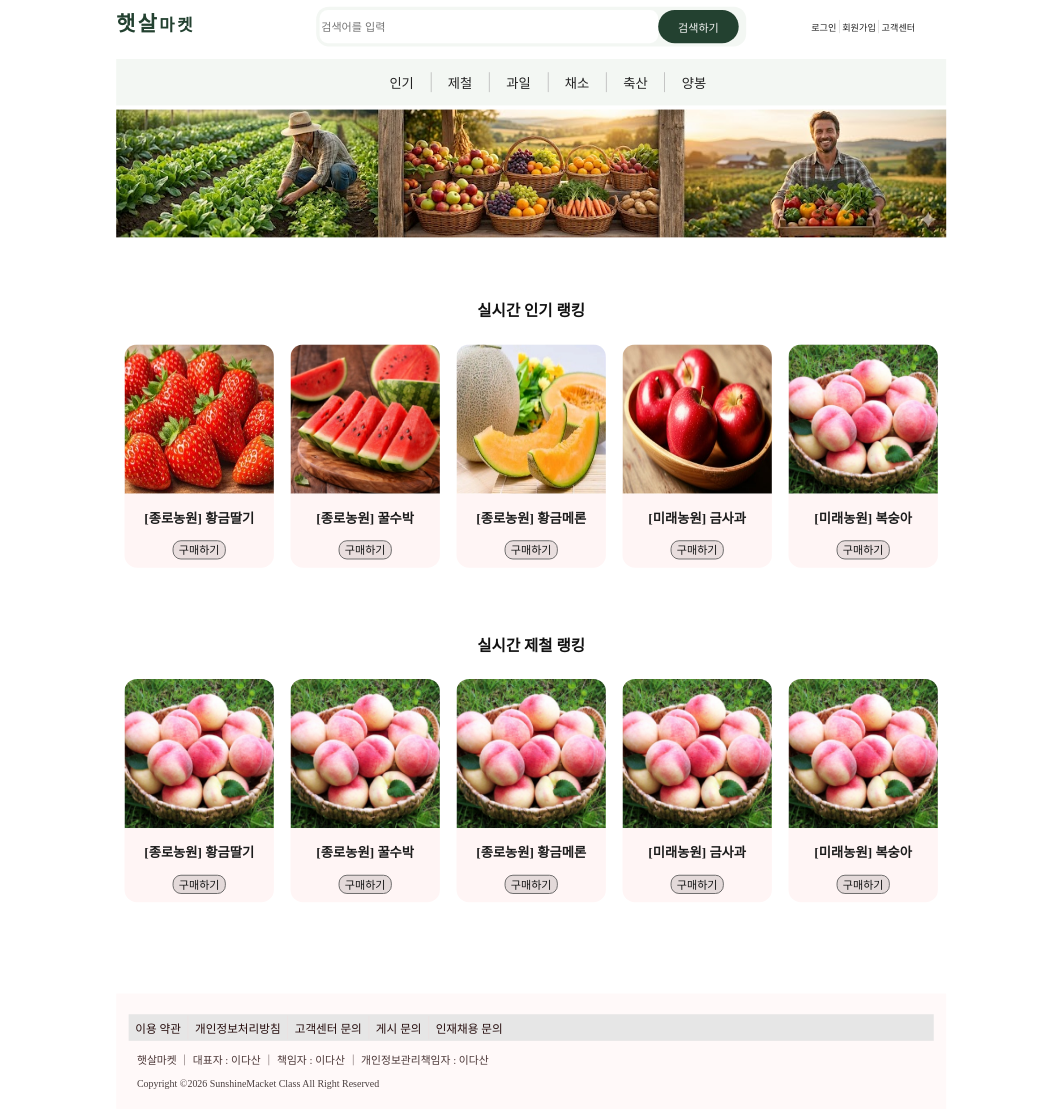
Repository: ham-zi/front-practice
Page: http://localhost/marketfresh/
An editor plug-in stored every save of this project. The page is shown before and after the next save, followed by the edit.
The browser window is 1280 px wide. The pictures show the whole page, at 83% of full size.
The page is served by Tomcat 9. Nobody is signed in. The application's start-up code is not run. Other server files are loaded and not shown.

Above is the page before, as saved 2026-05-08 00:27:58.

### MINI_WEB-workspace/marketfresh/src/main/webapp/index.jsp
<%@ page language="java" contentType="text/html; charset=UTF-8"
    pageEncoding="UTF-8"%>
<%@ taglib prefix="c" uri="http://java.sun.com/jsp/jstl/core" %>

<!DOCTYPE html>
<html lang="en">
<head>
    <meta charset="UTF-8">
    <meta name="viewport" content="width=, initial-scale=1.0">
    <title>화면 구조 잡기</title>

    <style>
        #wrap, header, nav, main, footer {
            box-sizing: border-box;


        }
        #wrap{
            width : 1000px;
            height :1200px;
;
            margin : auto;
            display : flex;
            flex-direction: column;
        }

        header {
            flex : 1.5;
            display : flex;
            margin-bottom: 15px;
        }
        nav {
            flex : 0.5;
        }
        main {
            flex : 12;
            display : flex;
            flex-direction: column;
        }

        main > div {
        }

        footer {
            flex : 2;
        }

        #header_1{
            flex : 2;
            align-items: center;
    		justify-content: center;
        }

        #header_2{
            flex : 6;
        }
        #header_3{
            flex : 2;
        }

        #content_1{
            flex : 2;
        }

        #content_2{
            flex : 2;
        }

        #content_3{
            flex : 2;
        }
    </style>

    <link rel="stylesheet" href="/market/resources/css/footer.css">
    <link rel="stylesheet" href="/market/resources/css/searchform.css">
    <link rel="stylesheet" href="/market/resources/css/logo.css">
    <link rel="stylesheet" href="/market/resources/css/headerutil.css">
    <link rel="stylesheet" href="/market/resources/css/navbar.css">
    <link rel="stylesheet" href="/market/resources/css/content1.css">
    <link rel="styleSheet" href="/market/resources/css/main2.css">
    <link rel="styleSheet" href="/market/resources/css/main3.css">


</head>
<body>

    <div id="wrap">
        <header>
            <div id="header_1">
            	<div>
                	<a href="#" id="logo_1">햇살<span id="logo_2">마켓</span></a>
            	</div>
            </div>

            <div id="header_2">
                <form action="search" method="get" id="search_form">
                    <div id="search_text">
                        <input type="text" name="query" placeholder="검색어를 입력">
                    </div>
                    <div id="search_btn">
                        <button>검색하기</button>
                    </div>
                </form>
            </div>

            <div id="header_3">
                <div id="util">

                	<c:choose>
					    <c:when test="${empty userInfo}">
		                	<form method="post" action="http://www.localhost:8088/market/login_page.do">
		                    	<button type="submit">로그인</button>
		                	</form>
		                	<form method="post" action="http://www.localhost:8088/market/enroll.do">
		                    	<button type="submit">회원가입</button>
	           			    </form>
					    </c:when>
	           			<c:otherwise>
		                	<form method="post" action="">
		                    	<button type="submit">로그아웃</button>
		                	</form>
		                	<form method="post" action="">
		                    	<button type="submit">장바구니</button>
		                	</form>
	           			</c:otherwise>
                	</c:choose>
                	<form method="" action="">
                    	<button type="submit">고객센터</button>
                	</form>


                </div>
            </div>
        </header>

        <nav>
            <ul id="navbar">
                <li><a href="#">인기</a></li>
                <li><a href="#">제철</a></li>
                <li><a href="#">과일</a></li>
                <li><a href="#">채소</a></li>
                <li><a href="#">축산</a></li>
                <li><a href="#">양봉</a></li>
            </ul>
        </nav>

        <main>
            <div id="content_1">
                <img src="/market/resources/image_upfiles/main.jpg" alt="농산물 이미지">
            </div>
                    <h3 id="content2_title">실시간 인기 랭킹</h3>
            <div id="content_2">
                <div>
                    <img src="/market/resources/image_upfiles/strawberry.jpg" alt="딸기이미지">
                    <div>
                        <p>[종로농원] 황금딸기</p>
                        <button>구매하기</button>
                    </div>
                </div>
                <div>
                    <img src="/market/resources/image_upfiles/watermelon.jpg" alt="">
                    <div>
                        <p>[종로농원] 꿀수박</p>
                        <button>구매하기</button>
                    </div>
                </div>
                <div>
                    <img src="/market/resources/image_upfiles/melon.jpg" alt="">
                    <div>
                        <p>[종로농원] 황금메론</p>
                        <button>구매하기</button>
                    </div>
                </div>
                <div>
                    <img src="/market/resources/image_upfiles/apple.jpg" alt="">
                    <div>
                        <p>[미래농원] 금사과</p>
                        <button>구매하기</button>
                    </div>
                </div>
                <div>
                    <img src="/market/resources/image_upfiles/peach.jpg" alt="">
                    <div>
                        <p>[미래농원] 복숭아</p>
                        <button>구매하기</button>
                    </div>
                </div>
            </div>
                    <h3 id="content2_title">실시간 제철 랭킹</h3>
            <div id="content_3">
                <div>
                    <img src="/market/resources/image_upfiles/peach.jpg" alt="딸기이미지">
                    <div>
                        <p>[종로농원] 황금딸기</p>
                        <button>구매하기</button>
                    </div>
                </div>
                <div>
                    <img src="/market/resources/image_upfiles/peach.jpg" alt="">
                    <div>
                        <p>[종로농원] 꿀수박</p>
                        <button>구매하기</button>
                    </div>
                </div>
                <div>
                    <img src="/market/resources/image_upfiles/peach.jpg" alt="">
                    <div>
                        <p>[종로농원] 황금메론</p>
                        <button>구매하기</button>
                    </div>
                </div>
                <div>
                    <img src="/market/resources/image_upfiles/peach.jpg" alt="">
                    <div>
                        <p>[미래농원] 금사과</p>
                        <button>구매하기</button>
                    </div>
                </div>
                <div>
                    <img src="/market/resources/image_upfiles/peach.jpg" alt="">
                    <div>
                        <p>[미래농원] 복숭아</p>
                        <button>구매하기</button>
                    </div>
                </div>
            </div>
        </main>

        <div id="footer">
            <ul id="footer_ul">
                <li>
                    <a href="#">이용 약관</a>
                </li>
                <li>
                    <a href="#">개인정보처리방침</a>
                </li>
                <li>
                    <a href="#">고객센터 문의</a>
                </li>
                <li>
                    <a href="#">게시 문의</a>
                </li>
                <li>
                    <a href="#">인재채용 문의</a>
                </li>
            </ul>
            <div id="footer_p">
                <p id="p_1">
                    햇살마켓 ｜ 대표자 : 이다산 ｜ 책임자 : 이다산 ｜  개인정보관리책임자 : 이다산

                </p>
                <p id="p_2">
                    Copyright ©2026 SunshineMacket Class All Right Reserved

                </p>
            </div>
        </div>
    </div>

</body>
</html>

### MINI_WEB-workspace/marketfresh/src/main/webapp/resources/css/footer.css
#footer {
    padding : 10px 15px;
    background-color: rgb(255, 249, 249);
}

#footer_ul{
    display : flex;
    margin-top : 15px;
    margin-bottom : 10px;
    background-color: rgb(230, 230, 230);
    padding : 2px 0px;
}

#footer_ul>li {
    list-style: none;
                padding: 0px 10px;
    border-right: 1px solid rgb(235, 225, 225);
    padding : 4px;
}

#footer_ul>li:last-child {
    border-right: none;
}

#footer_ul>li>a {
    text-decoration: none;
    font-size : 14px;
    color : rgb(39, 14, 14);
    font-weight : 400p;
    padding : 4px 4px;
    &:hover{
        color :black;
        font-weight : 500;
    }
}

#footer_p {
    padding-left : 10px;

}

#p_1{
    font-size : 13px;
    color : rgb(75, 55, 55);
    padding-top : 12;
}

#p_2{
    font-size : 12px;
    color :rgb(73, 63, 63)
}

### MINI_WEB-workspace/marketfresh/src/main/webapp/resources/css/searchform.css
#header_2{
    display : flex;
    align-items: center;
    justify-content: center;
}

#search_form{
    width : 85%;
    height : 40px;
    padding : 4px;
    border-radius: 15px;
    background-color: rgba(27, 94, 32, 0.05);
    display :flex;
}

#search_text{
    flex: 8;
}

#search_btn{
    flex: 2;
}

#search_text > input{
    width : 100%;
    height : 100%;
    border-radius: 10px;
    border : none;
    box-sizing: border-box;
    background-color: rgb(255, 255, 255);
    &:focus{
        outline: rgb(243, 243, 243);
    }
}

#search_btn > button {
    width: 95%;
    height: 100%;
    border-radius: 22px;
    border-style : none;
    background-image: none;
    background-color: rgb(35, 65, 48);
    color : rgb(243, 243, 243);
    &:hover {
        color: #fffefe;
        background-color: rgb(10, 29, 18);
        cursor:pointer;
    }
}

### MINI_WEB-workspace/marketfresh/src/main/webapp/resources/css/logo.css
#logo{
    display: flex;
    align-items: center;
    justify-content: center;
}

#logo_1{

    text-decoration: none;
    color: rgb(35, 65, 48);
    font-weight: 700;
    font-size : 25px;
    letter-spacing: 3px;
}

#logo_2{
    font-size : 20px;
}

### MINI_WEB-workspace/marketfresh/src/main/webapp/resources/css/headerutil.css
#header_3 {
    display : flex;
    align-items: center;
    justify-content: center;
}

#util {
		display : flex;
}

#util > form > button {
    background-color: white;
    color: rgb(34, 34, 34);
    border : none;
    outline: none;
    border-right : 1px solid rgb(221, 221, 221);
    text-decoration: none;
    padding : 0px 3px;
    font-size: 11px;
    &:hover {
        font-size: 13px;
        font-weight: 700;
    }
}

#util > form:last-child > button {
    border-right: none;
}

### MINI_WEB-workspace/marketfresh/src/main/webapp/resources/css/navbar.css
nav{
    background-color: rgba(27, 94, 32, 0.05);

}

nav > ul {
    display:flex;
    text-align: center;
    justify-content: center;
}

nav > ul > li {
    list-style: none;
    border-right : 1px solid rgb(187, 187, 187);
    padding : 0px 20px;
}

ul > :last-child {
    border-right : 0px;
}

nav > ul > li > a {
    text-decoration: none;
    color: rgb(34, 34, 34);

    &:hover{
        font-weight: 600;
        color :black
    }
}

### MINI_WEB-workspace/marketfresh/src/main/webapp/resources/css/content1.css
#content_1 > img {
  width: 100%;
  height: auto;
  padding-top: 5px;
  margin-bottom: 50px;
}

### MINI_WEB-workspace/marketfresh/src/main/webapp/resources/css/main2.css

#content2_title{
    text-align: center;
    color: rgb(17, 17, 17);
}

#content_2 {
    display: flex;
    margin-bottom: 50px;

}

#content_2>div {
    flex : 1px;
    margin : 10px;
    border-radius: 15px;
    display: flex;
    flex-direction: column;

}

#content_2>div>img{
    flex : 8;
    height : 40px;
    width: 100%;
    border-radius: 15px 15px 0px 0px;
    box-sizing: border-box;
}

#content_2>div {
    text-align: center;
}



#content_2>div>div{
    flex : 2;
    height: 100%;
    width : 100%;
    background-color: rgb(255, 245, 245);
    box-sizing: border-box;
    border-radius: 0px 0px 15px 15px;
    padding-bottom: 10px;
}

#content_2>div>div>p {
    color: rgb(27, 27, 27);
    text-align: center;
    font-weight: 600;
}

#content_2>div>div>button {
    border-radius: 10px;
    border : 1px solid rgb(85, 85, 85);
    color: rgb(22, 22, 22);
    background-color: rgba(206, 194, 194, 0.452);
}

### MINI_WEB-workspace/marketfresh/src/main/webapp/resources/css/main3.css
#content3_title{
    text-align: center;
    color: rgb(17, 17, 17);
}

#content_3 {
    display: flex;
    margin-bottom: 100px;

}

#content_3>div {
    flex : 1px;
    margin : 10px;
    border-radius: 15px;
    display: flex;
    flex-direction: column;

}

#content_3>div>img{
    flex : 8;
    height : 40px;
    width: 100%;
    border-radius: 15px 15px 0px 0px;
    box-sizing: border-box;
}

#content_3>div {
    text-align: center;
}



#content_3>div>div{
    flex : 2;
    height: 100%;
    width : 100%;
    background-color: rgb(255, 245, 245);
    box-sizing: border-box;
    border-radius: 0px 0px 15px 15px;
    padding-bottom: 10px;
}

#content_3>div>div>p {
    color: rgb(27, 27, 27);
    text-align: center;
    font-weight: 600;
}

#content_3>div>div>button {
    border-radius: 10px;
    border : 1px solid rgb(85, 85, 85);
    color: rgb(22, 22, 22);
    background-color: rgba(192, 181, 181, 0.452);
}

After the next save:
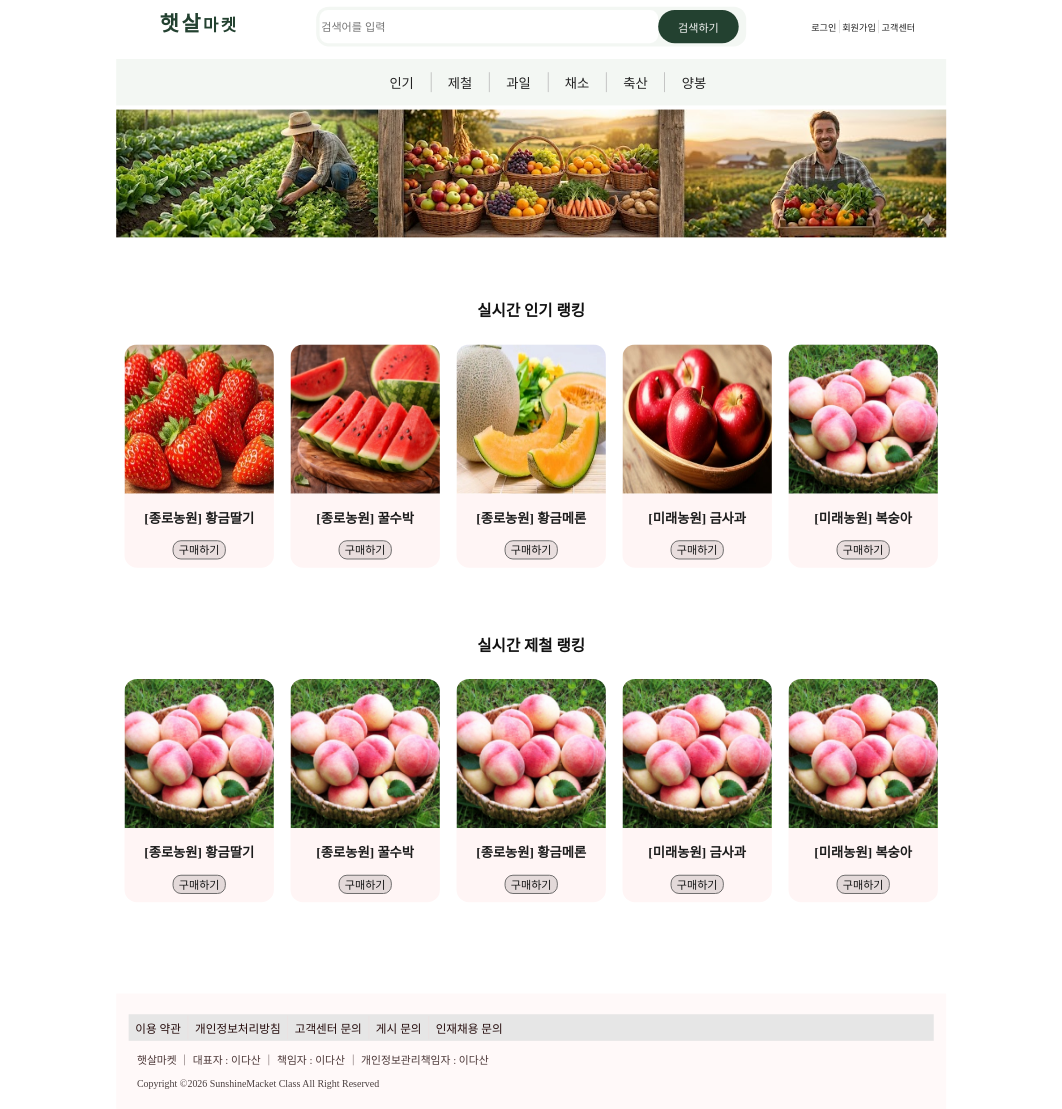
Saved 10 s later.
--- a/MINI_WEB-workspace/marketfresh/src/main/webapp/index.jsp
+++ b/MINI_WEB-workspace/marketfresh/src/main/webapp/index.jsp
@@ -87,7 +87,7 @@
     <div id="wrap">
         <header>
             <div id="header_1">
-            	<div>
+            	<div id="logo">
                 	<a href="#" id="logo_1">햇살<span id="logo_2">마켓</span></a>
             	</div>
             </div>

After the save that followed:
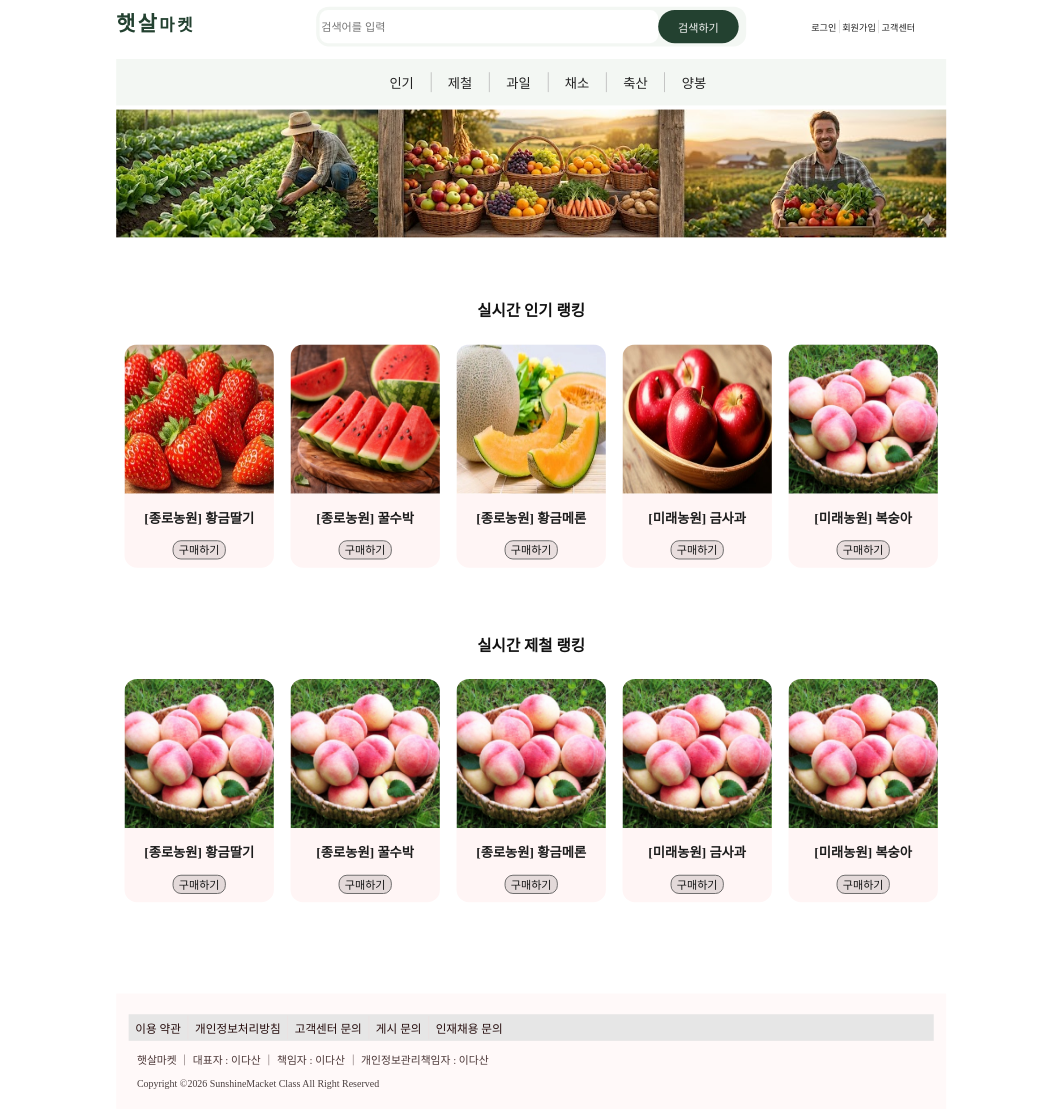
Saved 36 s later.
--- a/MINI_WEB-workspace/marketfresh/src/main/webapp/index.jsp
+++ b/MINI_WEB-workspace/marketfresh/src/main/webapp/index.jsp
@@ -87,9 +87,9 @@
     <div id="wrap">
         <header>
             <div id="header_1">
-            	<div id="logo">
+
                 	<a href="#" id="logo_1">햇살<span id="logo_2">마켓</span></a>
-            	</div>
+
             </div>
 
             <div id="header_2">
